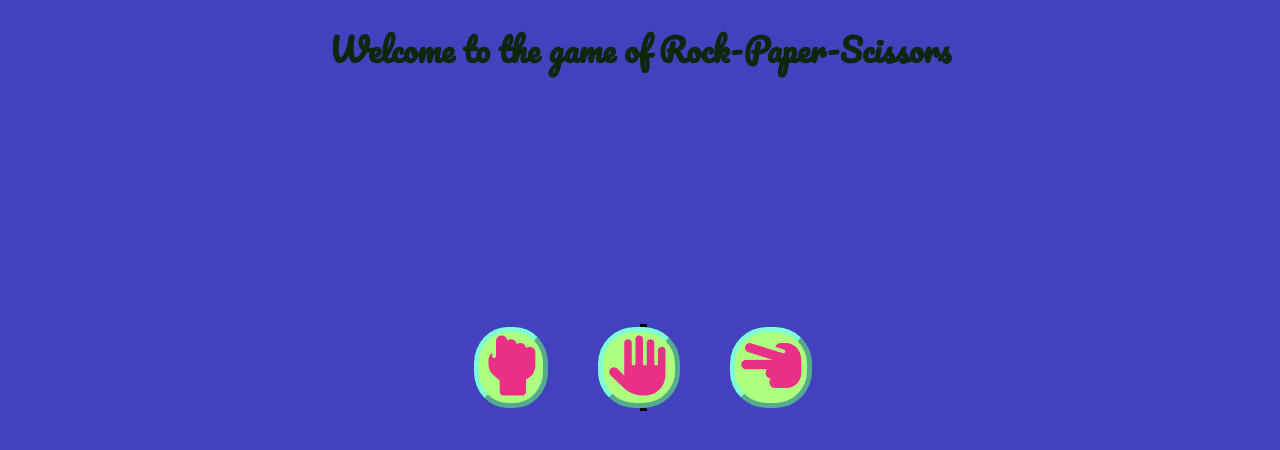
Repository: 0101chaitanya/Rock-Paper-Scissors
Page: index.html
An editor plug-in stored every save of this project. The page is shown before and after the next save, followed by the edit.
The browser window is 1280 px wide. The pictures show the whole page.
Some web libraries are served in a nearby version.

Above is the page before, as saved 2021-05-14 21:03:27.
Not found: linkk.js

### index.html
<!DOCTYPE html>
<html>

<head>
    <meta charset="utf-8">
    <title>Rock-Paper-Scissors</title>
    <link rel="stylesheet" href="style.css">
    <script src="https://kit.fontawesome.com/3dcaf9f6de.js" crossorigin="anonymous"></script>
    <link rel="preconnect" href="https://fonts.gstatic.com">
    <link href="https://fonts.googleapis.com/css2?family=Pacifico&display=swap" rel="stylesheet">
</head>

<body>
    <h1 id="welcome">Welcome to the game of Rock-Paper-Scissors</h1>
    <div id="hold">
        <button class="square" id="holder1" href="#"><i class="fas fa-hand-rock"></i></button>

        <button class="square" id="holder2" href="#"><i class="fas fa-hand-paper"></i></button>

        <button class="square" id="holder3" href="#"><i class="fas fa-hand-scissors"></i></button>
    </div>
    <script type="text/javascript" src="linkk.js"></script>
</body>

</html>

### style.css
html{
    margin: 0;
    font-family: 'Pacifico', cursive;
    background-color:rgb(66, 66, 190);
display: block;
}
h1  {
       text-align: center;
     color:rgb(15, 37, 12) ;
    }
 #hold {
border-style:dotted;
display: flex;
flex-direction: row;
justify-content:center;
position: fixed;
top: 45%;
align-content: center;
left: 50%;
right: 50%;
padding;0 ;



    }
.square{
    background-color: rgb(174, 255, 127);
    font-size: 60px;
    display: inline-block;
color: rgb(233, 47, 134);
border-radius: 45%;
border-width: 5px;
border-color:aquamarine;
margin:auto 25px;
}
#holder1 {
}
#holder2 {
}
#holder3 {
}

After the next save:
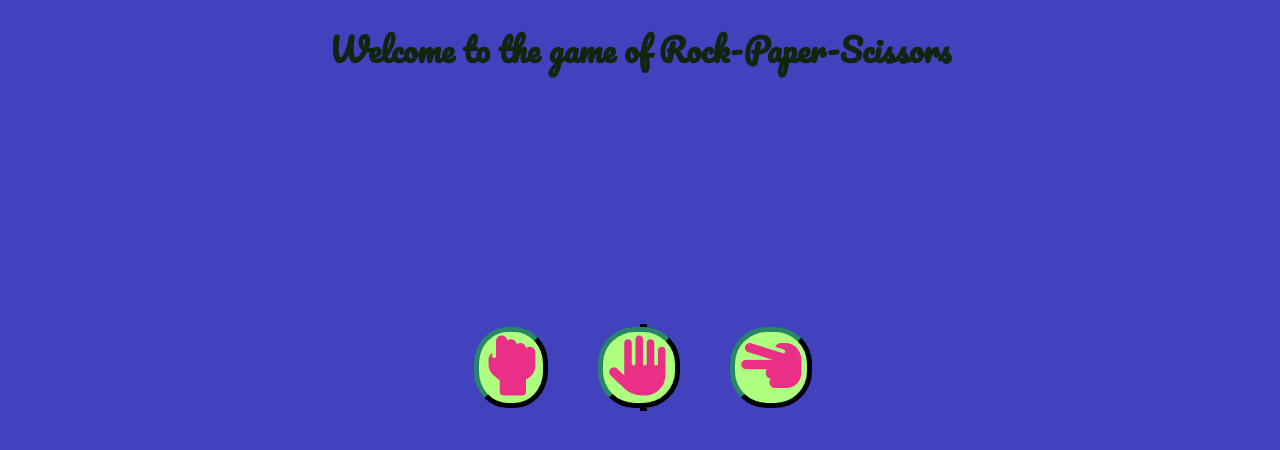
Saved 109 s later.
--- a/style.css
+++ b/style.css
@@ -30,7 +30,7 @@ padding;0 ;
 color: rgb(233, 47, 134);
 border-radius: 45%;
 border-width: 5px;
-border-color:aquamarine;
+border-color:rgb(15, 49, 38);
 margin:auto 25px;
 }
 #holder1 {
